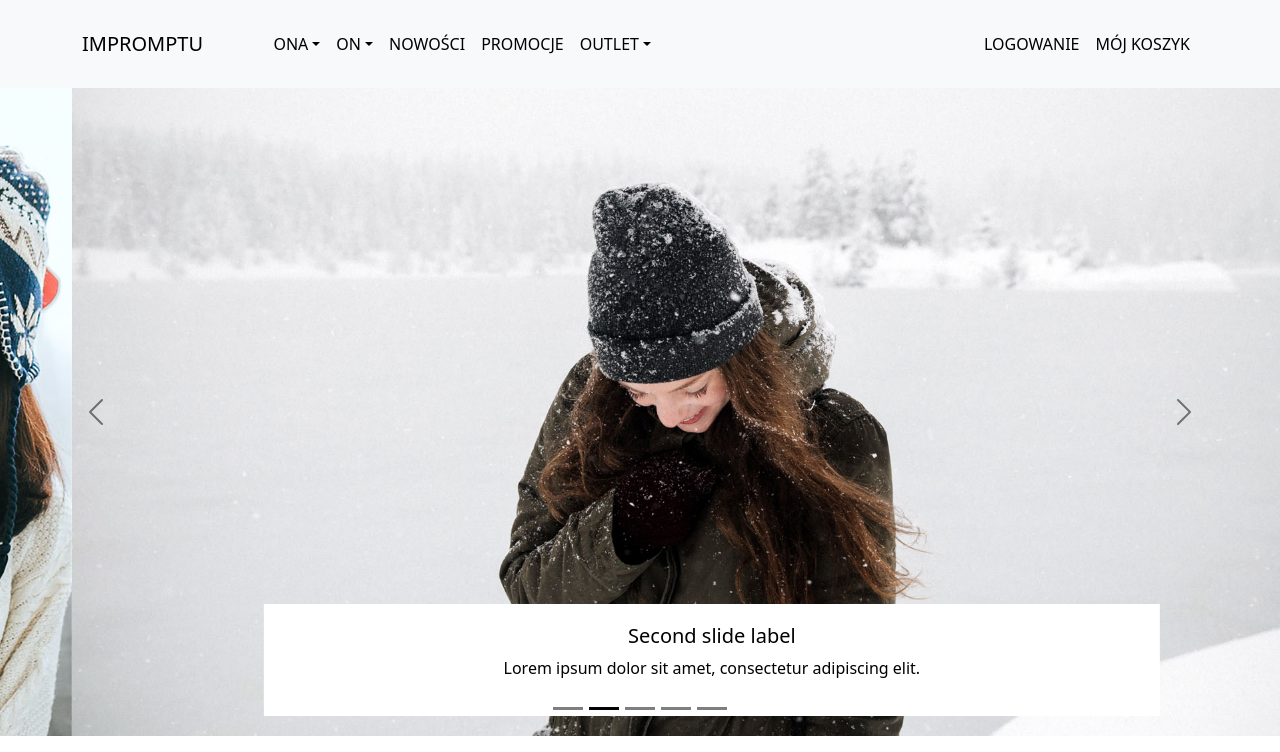
Repository: michalgornicki/Impromptu
Page: /
An editor plug-in stored every save of this project. The page is shown before and after the next save, followed by the edit.
The browser window is 1280 px wide. The pictures show the whole page.
The project was rebuilt for these pictures with package versions that can differ from the ones it lists, and the page was loaded fresh each time.

Above is the page before, as saved 2021-12-23 12:58:44.

After the next save:
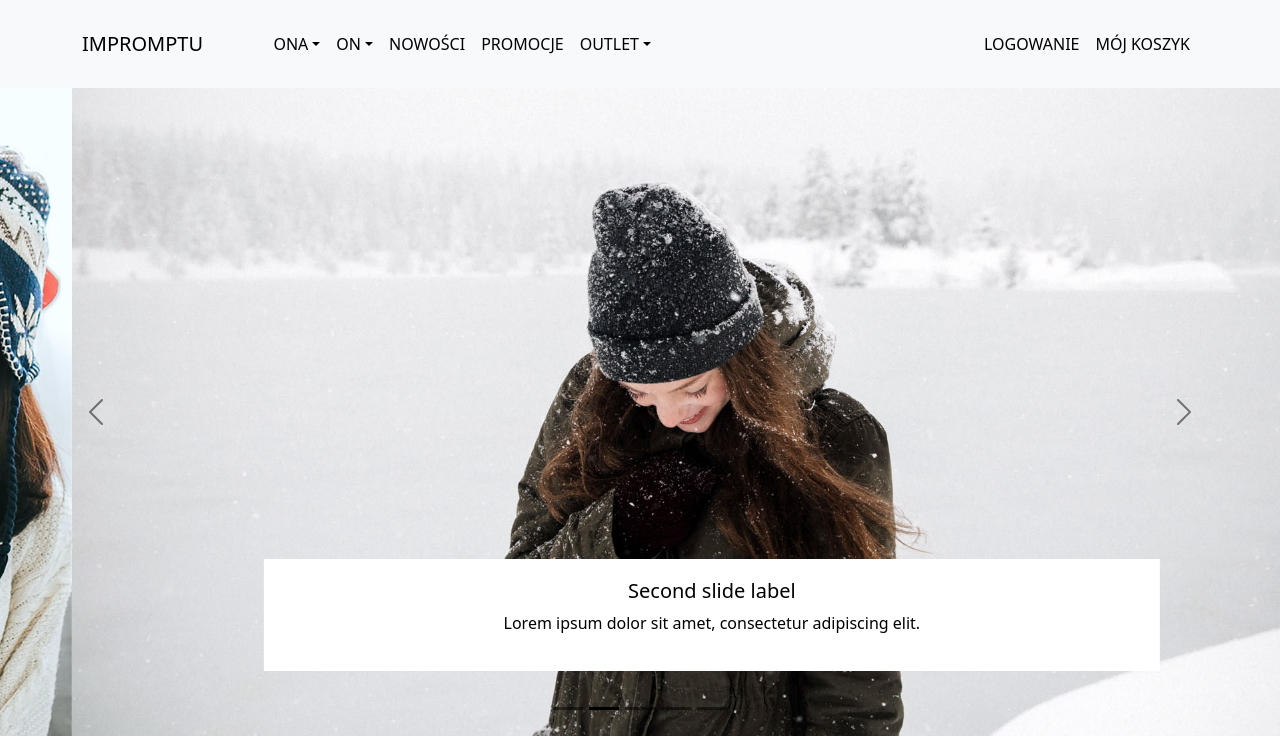
Saved 9 s later.
--- a/src/App.css
+++ b/src/App.css
@@ -17,5 +17,5 @@
 
 .carousel-caption{
     background-color: white;
-    bottom: 10%;
+    bottom: 10%!important;
 }
